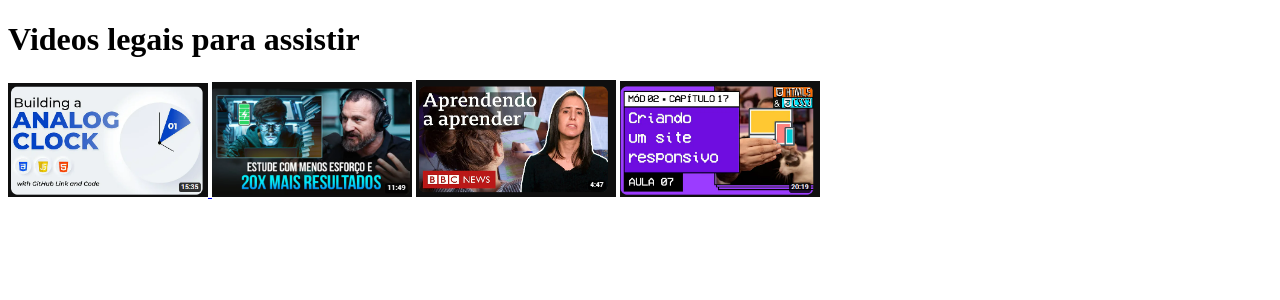
Repository: GabrielTrevisanMargrander/Html-Css
Page: Exercicios/ex012/desafio/index.html
These files come from the project's save history. The page is drawn as it stood at one moment and after the next save; the edit follows.
The browser window is 1280 px wide. The pictures show the whole page.

Above is the page before, as saved 2023-05-31 20:34:30.

### Exercicios/ex012/desafio/index.html
<!DOCTYPE html>
<html lang="pt-bt">
<head>
    <meta charset="UTF-8">
    <meta http-equiv="X-UA-Compatible" content="IE=edge">
    <meta name="viewport" content="width=device-width, initial-scale=1.0">
    <title>Meus Videos</title>
</head>
<body style="background-color: ;">



    <h1>Videos legais para assistir
    </h1>

<a href="autor.html" target="_blank"> <img src="iamgens/imagem1.png" alt="nem sei" width="200px"> </a>
<a href="ingles.html"> <img src="iamgens/imagem2.png" width="200px" height="115px" alt=""></a>
<a href="passos.html"> <img src="iamgens/imagem3.png" width="200px" alt=""></a>
<a href="zero.html"> <img src="iamgens/imagem4.png" width="200px" alt=""></a>



</body>
</html>

After the next save:
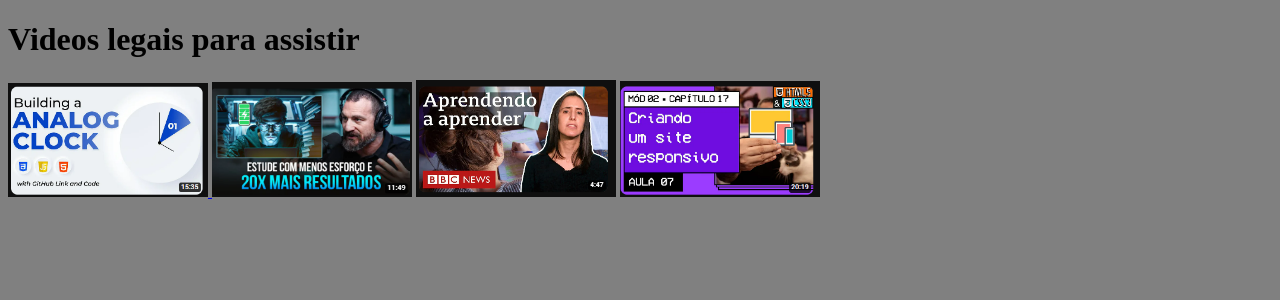
Saved 13 s later.
--- a/Exercicios/ex012/desafio/index.html
+++ b/Exercicios/ex012/desafio/index.html
@@ -6,7 +6,7 @@
     <meta name="viewport" content="width=device-width, initial-scale=1.0">
     <title>Meus Videos</title>
 </head>
-<body style="background-color: ;">
+<body style="background-color: grey;">
 
 
 
